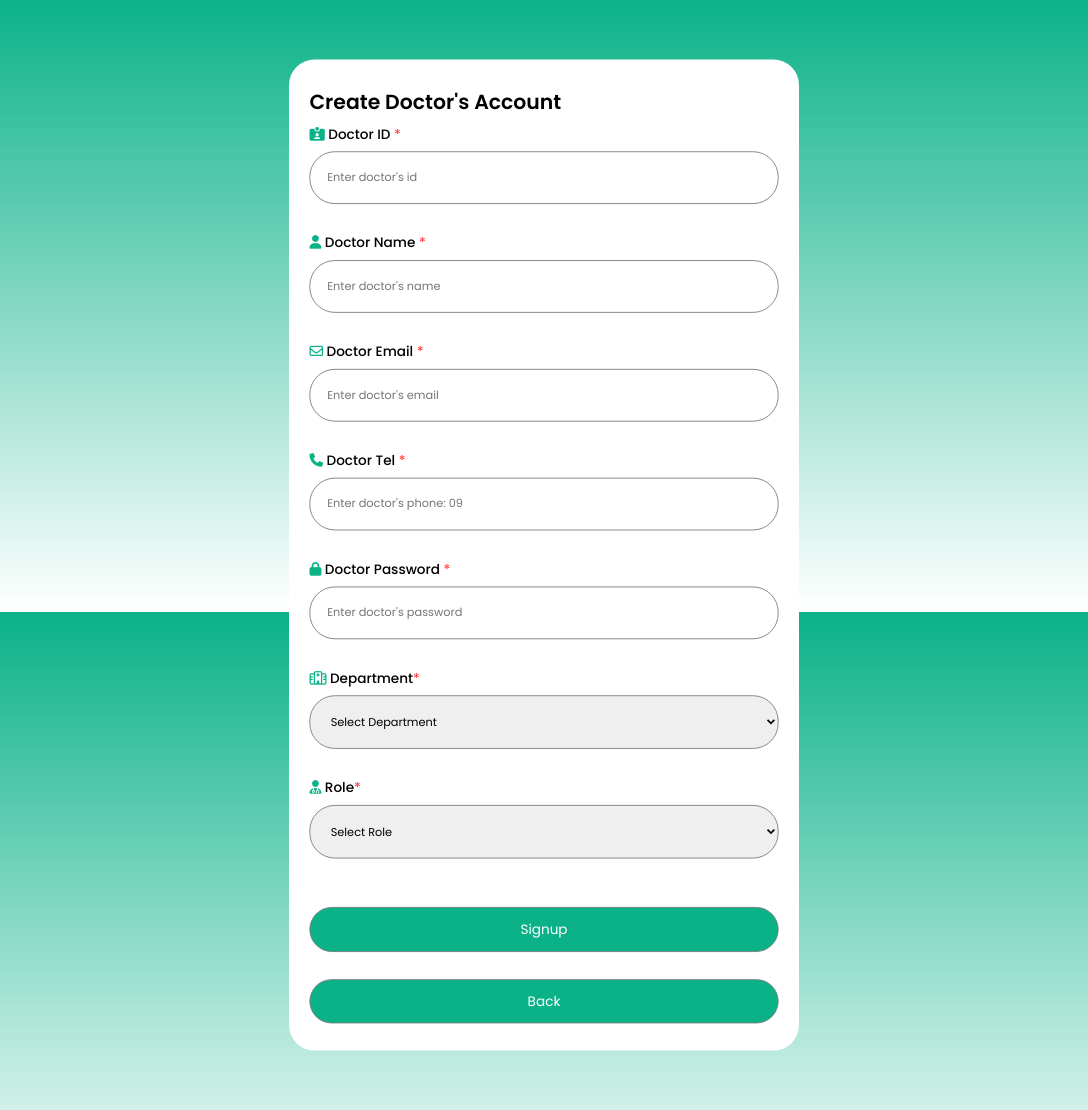
Repository: theonlymono/FitfinityHealthcareWebsiteJ2EE
Page: http://localhost/Fitfinity/drSignUp.jsp
An editor plug-in stored every save of this project. The page is shown before and after the next save, followed by the edit.
The browser window is 1280 px wide. The pictures show the whole page, at 85% of full size.
Backgrounds fixed to the window are drawn as part of the page. The page is served by Tomcat 9.

Above is the page before, as saved 2024-02-27 17:26:38.

After the next save:
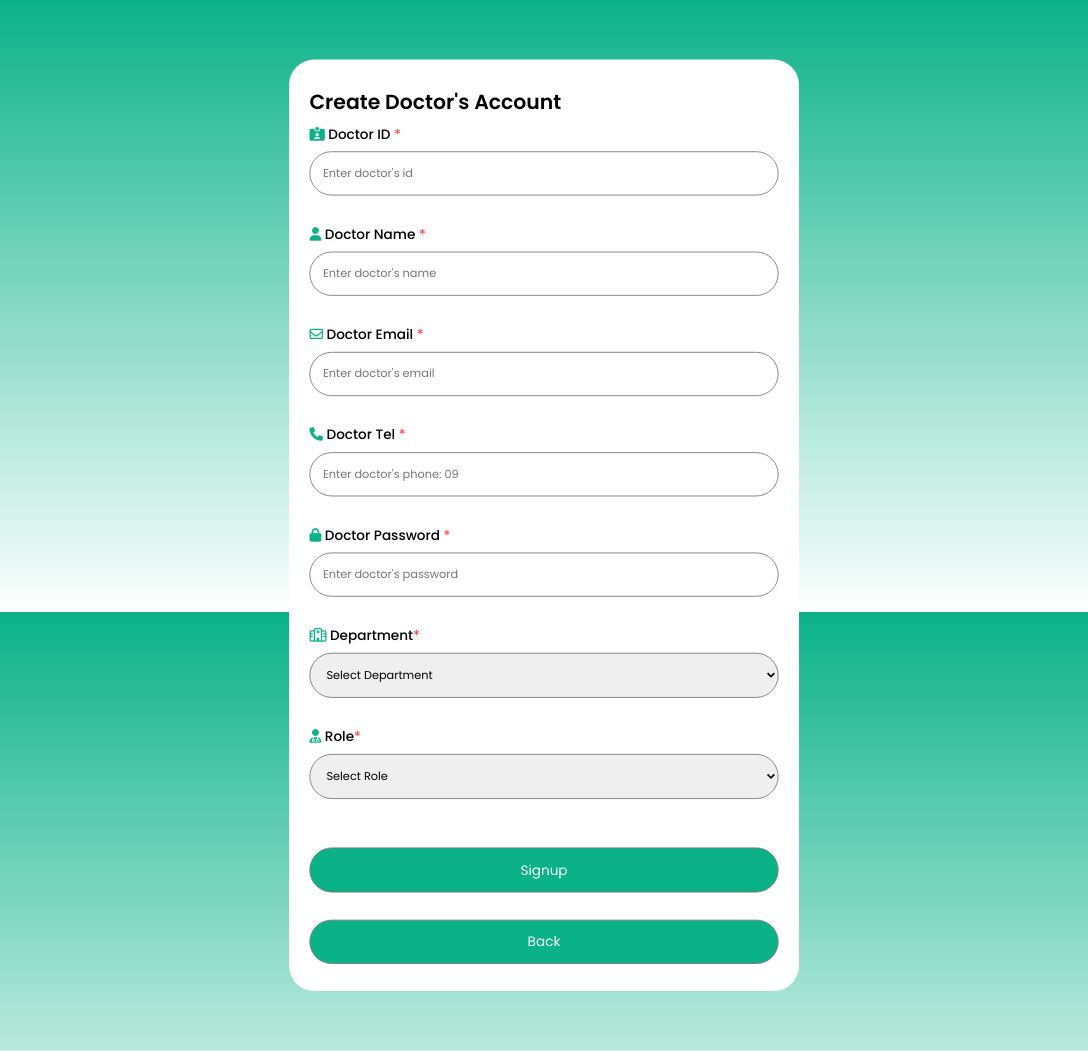
Saved 12 s later.
--- a/fitfinity/Fitfinity/WebContent/drSignUp.jsp
+++ b/fitfinity/Fitfinity/WebContent/drSignUp.jsp
@@ -63,7 +63,7 @@
             outline: none;
             border: 1px solid #75777d;
             width: 100%;
-            padding: 20px;
+            padding: 15px;
             border-radius: 30px;
         }
 
